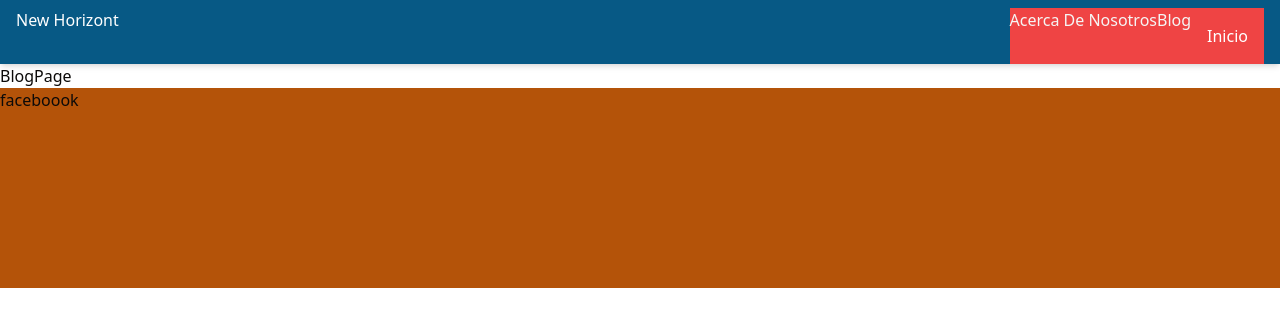
Repository: jefrydep/new-horizont-school
Page: /blog
These files come from the project's save history. The page is drawn as it stood at one moment and after the next save; the edit follows.
The browser window is 1280 px wide. The pictures show the whole page.
The project was rebuilt for these pictures with package versions that can differ from the ones it lists, and the page was loaded fresh each time. The framework's server and built-in components were replaced by stand-ins that run in the browser. Also part of the build but not shown: next.config.ts.

Above is the page before, as saved 2024-11-07 19:56:06.

After the next save:
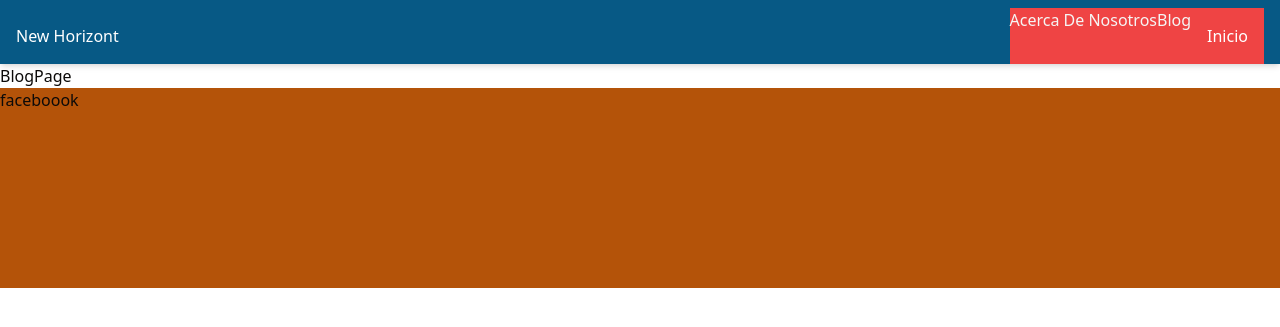
Saved 26 s later.
--- a/src/components/Navbar.tsx
+++ b/src/components/Navbar.tsx
@@ -8,7 +8,7 @@ export default function Navbar() {
 
   return (
     <header className="bg-sky-800 shadow-md h-16">
-      <div className="flex justify-between  m-auto container px-4 py-2">
+      <div className="flex justify-between items-center  m-auto container px-4 py-2">
         <div className="text-white">New Horizont</div>
         <nav className="outline-none hidden bg-red-500  sm:flex list-none">
           <li className="text-secondary">
